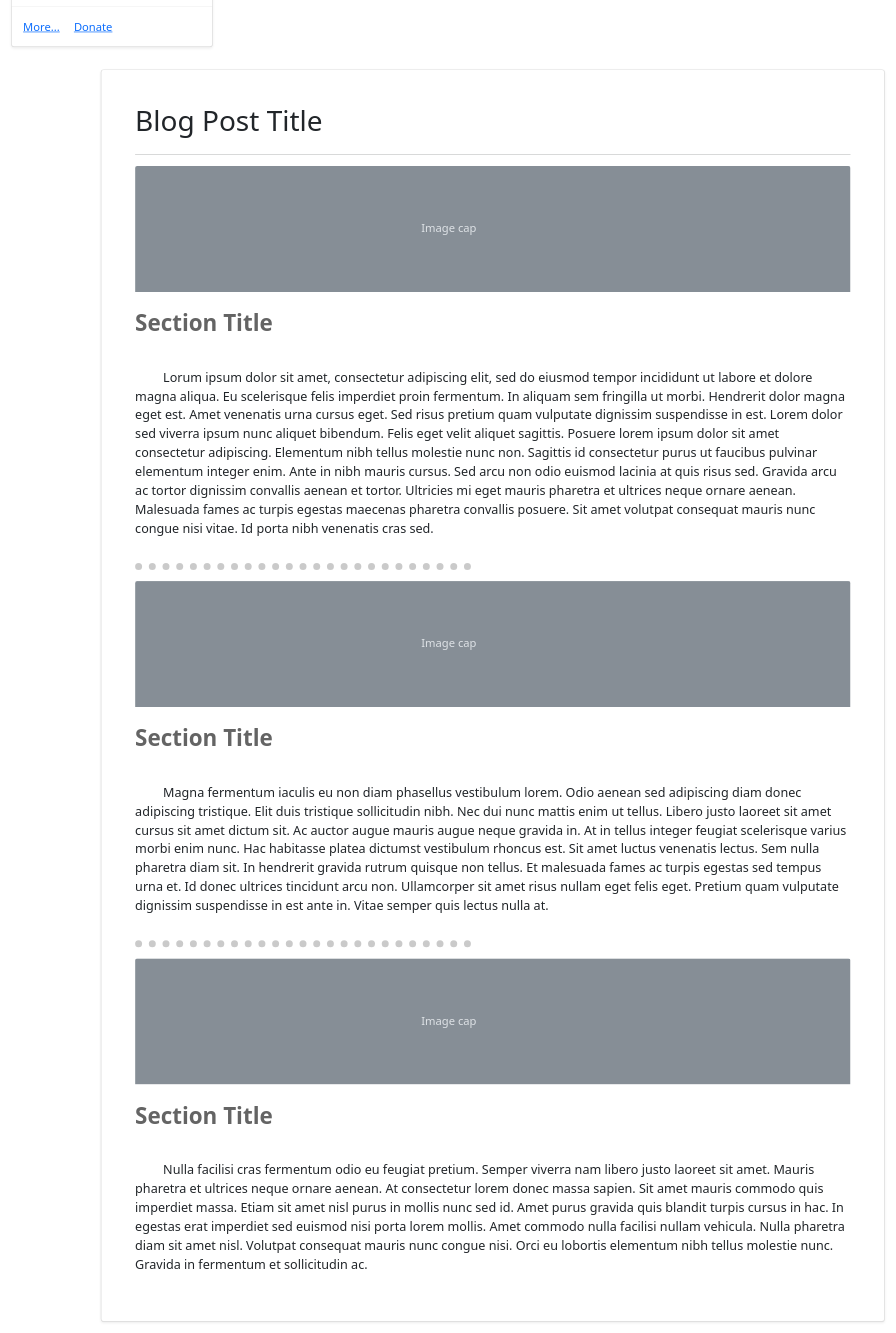
Repository: LublubXT/Azi-Tec-Team
Page: views/templates/blogs/personalblog/home.html
An editor plug-in stored every save of this project. The page is shown before and after a run of saves, followed by the edit.
The browser window is 1280 px wide. The pictures show the part of the page from y = 1383 to 3303 px (the page is 3287 px tall before and 3303 px after), at 70% of full size.

Above is the page before, as saved 2021-03-11 09:38:56.

After the next 2 saves:
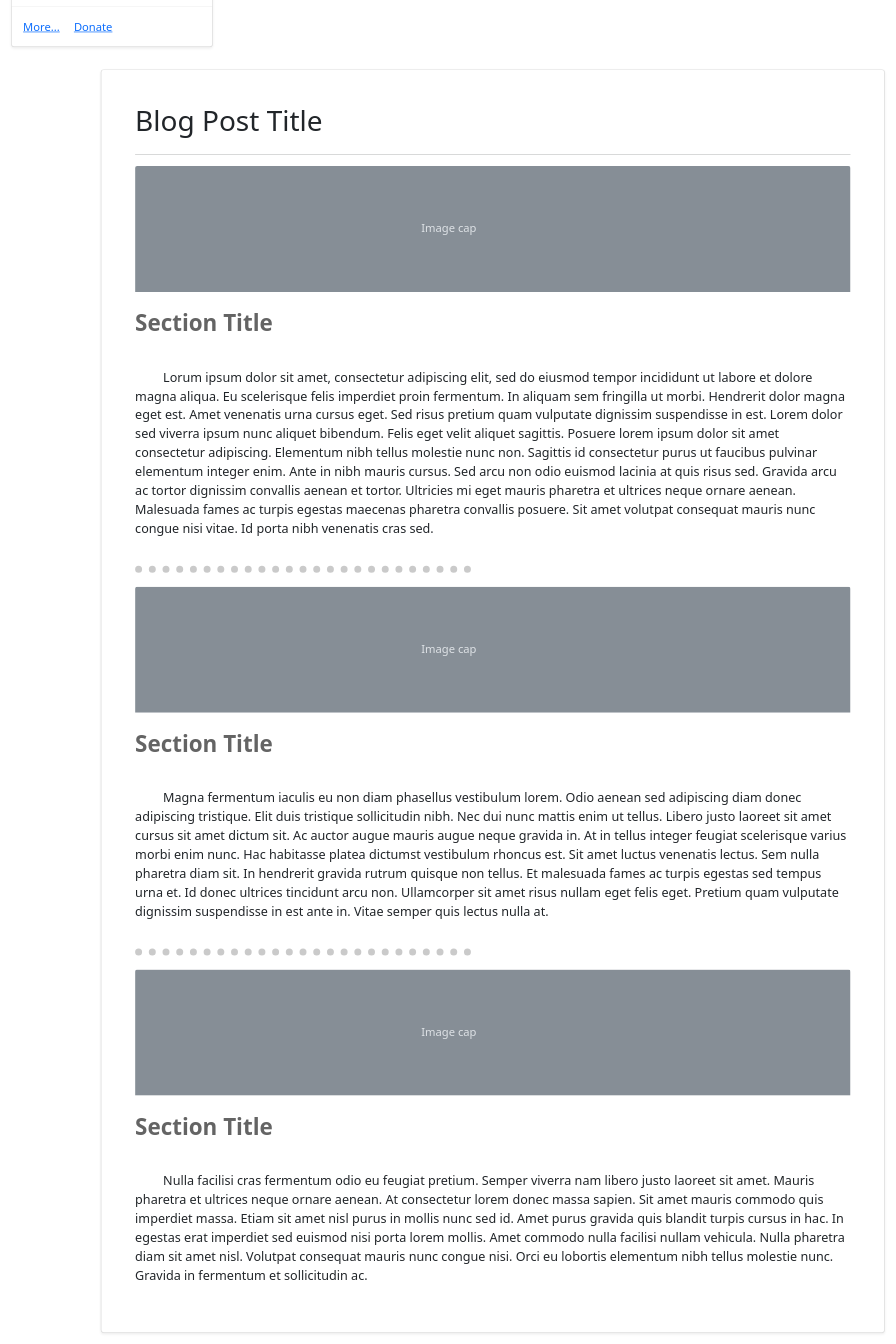
The 2 saves are shown as one change because they came seconds apart.
The last was saved 13 s later.
--- a/views/templates/blogs/personalblog/css/style.css
+++ b/views/templates/blogs/personalblog/css/style.css
@@ -81,6 +81,7 @@ body {
     border-left: none;
     border-right: none;
     border-bottom: none;
-    margin:;
+    margin-top: 20px;
+    margin-bottom: 20px;
     width: 30rem;
 }
